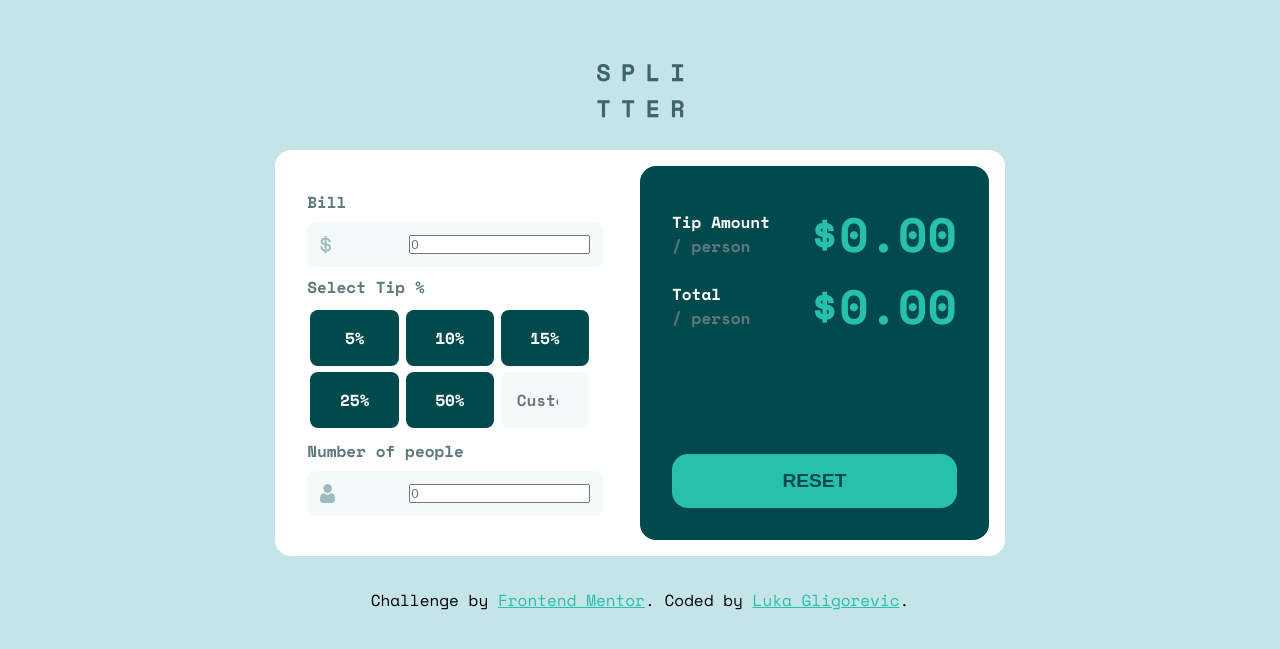
Repository: gligor99/tip-fmentor
Page: /
These files come from the project's save history. The page is drawn as it stood at one moment and after the next save; the edit follows.
The browser window is 1280 px wide. The pictures show the whole page.
The project was rebuilt for these pictures with package versions that can differ from the ones it lists, and the page was loaded fresh each time.

Above is the page before, as saved 2021-11-27 18:43:17.

After the next save:
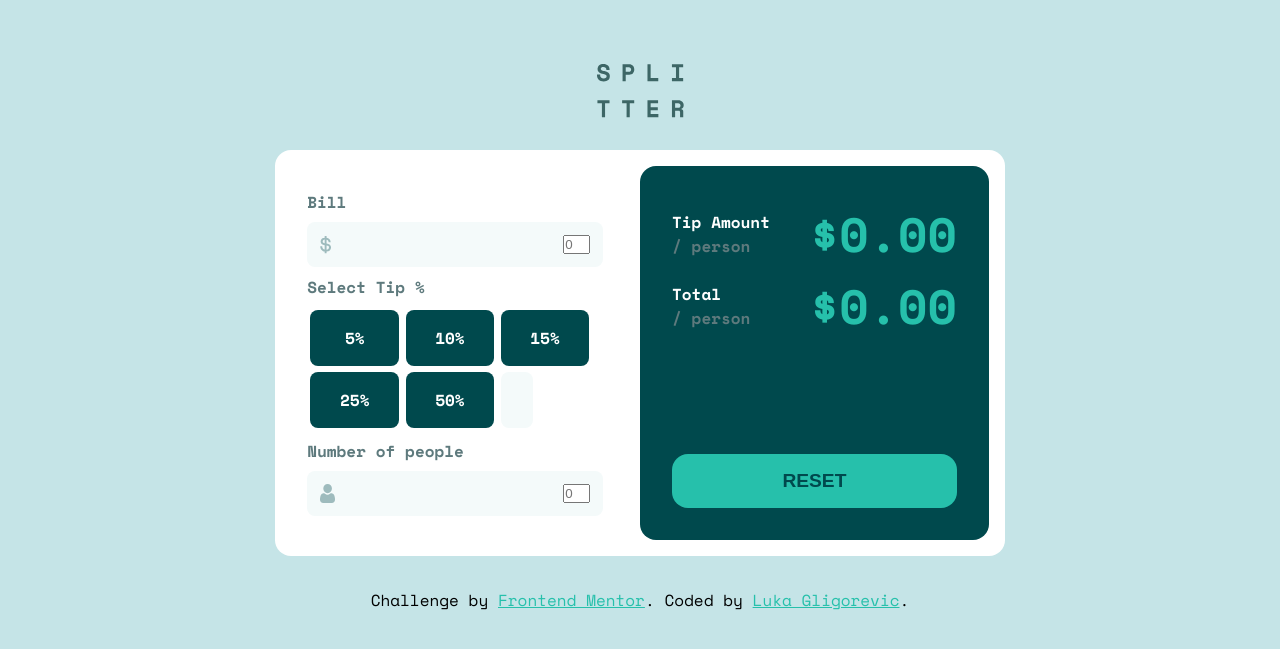
Saved 17 s later.
--- a/src/index.css
+++ b/src/index.css
@@ -83,7 +83,7 @@ label {
 }
 
 input[type=number] {
-  color: chartreuse;
+  width: 10%;
 }
 
 .percentage-btn, .custom-tip{
